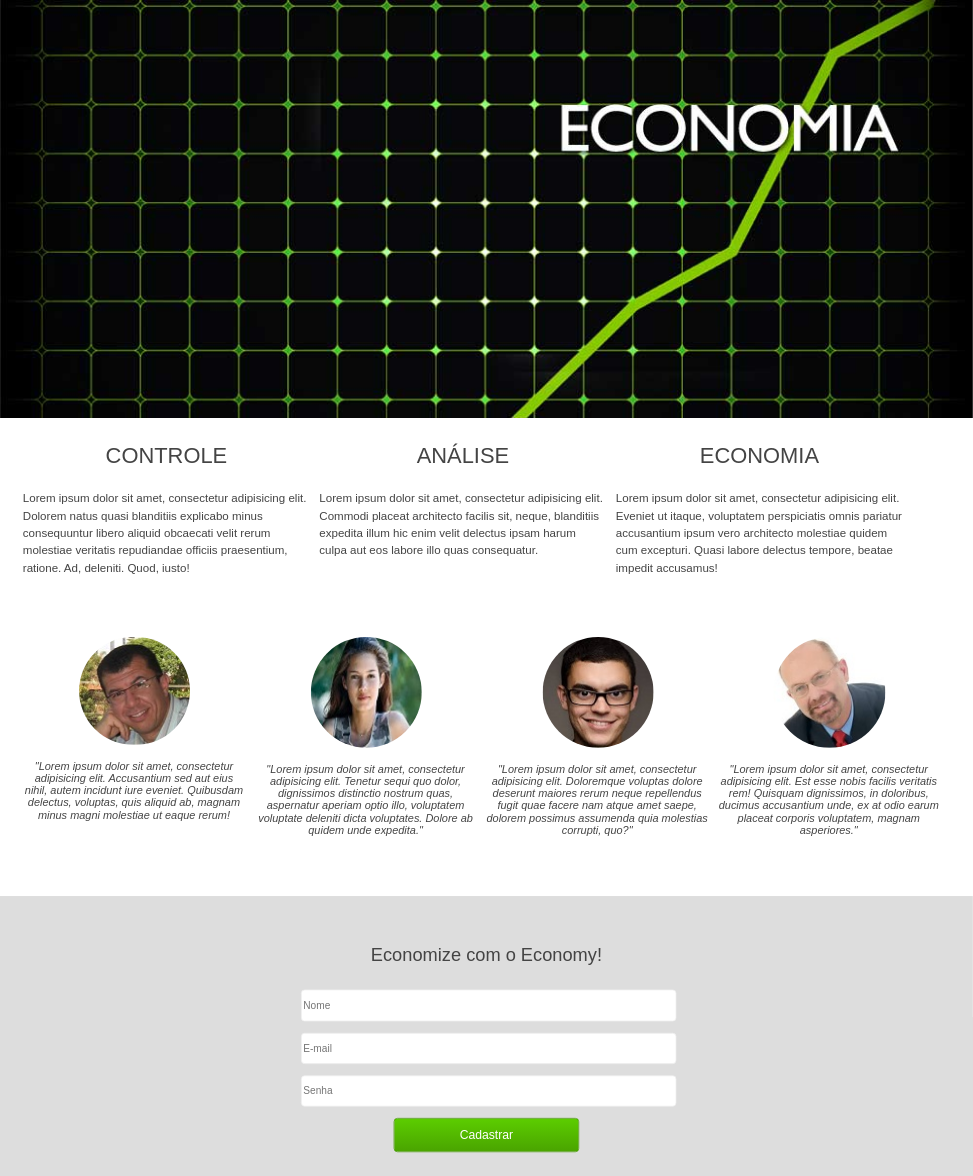
Repository: EconoMyRD/Sistema
Page: Economy/WebContent/html/index.html
These files come from the project's save history. The page is drawn as it stood at one moment and after the next save; the edit follows.
The browser window is 1280 px wide. The pictures show the whole page, at 76% of full size.
Some web libraries are served in a nearby version.

Above is the page before, as saved 2015-06-21 15:07:34.
Console error: TypeError: $(...).live is not a function

### Economy/WebContent/html/index.html
<!DOCTYPE html>
<html lang="pt">
    <head>
        <meta charset="utf-8">
        <title>EconoMy | Controle Financeiro Pessoal</title>
        <link rel="stylesheet" type="text/css" href="../css/Estilos.css">
        <link rel='shortcut icon' href='../favicon.ico'>
    </head>
    <body onLoad="slider.slide1()">
       <div id="header"></div>
        <section>
             <div id="slider">
                <a id="aId"><img id="id"></a>
             </div>
        </section>
        <section class="content clear">
            <div id="descricao">
                <div class="coluna_terco">
                    <div class="center_div">
                        <h1>CONTROLE</h1>
                    </div>
                    <div>
                        <h2>
                           Lorem ipsum dolor sit amet, consectetur adipisicing elit. Dolorem natus quasi blanditiis explicabo minus consequuntur libero aliquid obcaecati velit rerum molestiae veritatis repudiandae officiis praesentium, ratione. Ad, deleniti. Quod, iusto!
                        </h2>
                    </div>
                </div>
                <div class="coluna_terco">
                    <div class="center_div">
                        <h1>ANÁLISE</h1>
                    </div>
                    <div>
                        <h2>
                           Lorem ipsum dolor sit amet, consectetur adipisicing elit. Commodi placeat architecto facilis sit, neque, blanditiis expedita illum hic enim velit delectus ipsam harum culpa aut eos labore illo quas consequatur.
                        </h2>
                    </div>
                </div>
                <div class="coluna_terco">
                   <div class="center_div">
                        <h1>ECONOMIA</h1>
                    </div>
                    <div>
                        <h2>
                            Lorem ipsum dolor sit amet, consectetur adipisicing elit. Eveniet ut itaque, voluptatem perspiciatis omnis pariatur accusantium ipsum vero architecto molestiae quidem cum excepturi. Quasi labore delectus tempore, beatae impedit accusamus!
                        </h2>
                    </div>
                </div>
                <div class="clear"></div>
            </div>
            <div id="depoimento" class="clear">
                <div class="coluna_quarto">
                   <div class="depoimento_image">
                      <img src="../imagens/7.jpeg" alt="Depoimentos" class="image">
                   </div>
                   <div class="center">
                       <h3>"Lorem ipsum dolor sit amet, consectetur adipisicing elit. Accusantium sed aut eius nihil, autem incidunt iure eveniet. Quibusdam delectus, voluptas, quis aliquid ab, magnam minus magni molestiae ut eaque rerum!</h3>
                   </div>
                </div>
                <div class="coluna_quarto">
                    <div class="depoimento_image">
                      <img src="../imagens/6.jpeg" alt="Depoimentos" class="image">
                   </div>
                    <div class="center">
                       <h3>"Lorem ipsum dolor sit amet, consectetur adipisicing elit. Tenetur sequi quo dolor, dignissimos distinctio nostrum quas, aspernatur aperiam optio illo, voluptatem voluptate deleniti dicta voluptates. Dolore ab quidem unde expedita."</h3>
                   </div>
                </div>
                <div class="coluna_quarto">
                    <div class="depoimento_image">
                      <img src="../imagens/5.jpeg" alt="Depoimentos" class="image">
                   </div>
                    <div class="center">
                       <h3>"Lorem ipsum dolor sit amet, consectetur adipisicing elit. Doloremque voluptas dolore deserunt maiores rerum neque repellendus fugit quae facere nam atque amet saepe, dolorem possimus assumenda quia molestias corrupti, quo?"</h3>
                   </div>
                </div>
                <div class="coluna_quarto">
                    <div class="depoimento_image">
                      <img src="../imagens/3.jpeg" alt="Depoimentos" class="image">
                   </div>
                    <div class="center">
                       <h3>"Lorem ipsum dolor sit amet, consectetur adipisicing elit. Est esse nobis facilis veritatis rem! Quisquam dignissimos, in doloribus, ducimus accusantium unde, ex at odio earum placeat corporis voluptatem, magnam asperiores."</h3>
                   </div>
                </div>
                <div class="clear"></div>
            </div>
        </section>
        <section id="contato" class="clear">
            <div class="content">
               <div class="form-contato">
                    <form>
                        <h4>Economize com o Economy!</h4>
                        <p id="message"> </p>
                        <input type="text" required name="nome" class="inputText" placeholder="Nome" />
                        <input type="email" required class="inputText" name="email" placeholder="E-mail" />
                        <input type="password" required name="senha" class="inputText" placeholder="Senha" />
                        <input type="submit" id="BtnEnviar" class="botao width-50" value="Cadastrar"/>
                    </form>
                </div>
            </div>
        </section>
       <div id="footer"></div>


       <!-- SCRIPTS -->
       <script type="text/javascript" src="../javascript/ajaxInit.js"></script>
       <script type="text/javascript" src="../javascript/slider.js"></script>
        <script src="http://code.jquery.com/jquery-1.9.0.js"></script>
        <script src="https://ajax.googleapis.com/ajax/libs/jquery/1.8.1/jquery.min.js"></script>
       <script type="text/javascript" src="../javascript/login.js"></script>
       <script type="text/javascript" src="../javascript/getDadosFormulario.js"></script>
    </body>
</html>

### Economy/WebContent/css/Estilos.css
body
{
  font-family:Arial;
  color:#444444;
  font-size:1em;
  margin:0;
}
/************AUXILIARES********************/
a
{
  text-decoration:none;
  /*color:#242c5e;*/
 color: #F2FAF8;
}
img
{
    width: 100%;
}
.center
{
    text-align: center;
}
.center_div
{
    width: 90%;
    margin: 0 auto;
}
.clear
{
    clear: both;
}
.left
{
    float: left;
}
.right
{
    float: right;
}
.width-50
{
    max-width: 50%;
    margin: 0 25%;
}
/*************PRINCIPAIS**********************/
header
{
  float:left;
  background-color:#9AD6C8;
  width:100%;
  height:auto;
  box-shadow: inset 0 0 40px #56B39D;
}
header img
{
  float:left;
  width:70px;
  margin:0.5em;
}
nav
{
  float:left;
}
nav ul li
{
  display:inline;
  padding:1em;
  color: #fff;
  line-height:3.5em;
}
nav ul li:hover
{
    background: #6AC4AF;
    border-radius: 8px 8px;
}
.content
{
    width: 1220px;
    height: auto;
    margin-left: auto;
    margin-right: auto;
}
#slider
{

}
#descricao
{

}
#depoimento
{
    border-style: none;
    margin-top: 4em;
    margin-bottom: 4em;
}
.depoimento_image
{
    width: 50%;
    border: 1px solid #fff;
    border-radius: 200px;
    margin: 0 auto;
    /*background-image: url(imagens/1.jpg);
    background-size: 120%;*/
}
.image
{
    max-width: 100%;
    margin: 0 auto;
    border: 1px solid #fff;
    border-radius: 400px;
}
.coluna_terco
{
    float: left;
    width: 30.97959183673469%;
    margin-right: 1%;
}
.coluna_terco:last-child
{
    margin-right: 0% !importante;
}
.two-columns
{

}
.coluna_quarto
{
    float: left;
    width: 23.97959183673469%;
    margin-right: 1%;
}
.coluna_quarto:last-child
{
    margin-right: 0% !importante;
}
#contato
{
    background-color: #ddd;
    padding: 1em 0;
}
.form-contato
{
    width: 40%;
    border-radius: 5px;
    margin: auto;
    padding: 1em;
}
footer
{
  float:left;
  background-color:#9AD6C8;
  width:100%;
  height:auto;
  box-shadow: inset 0 0 40px #56B39D;
}
.footer_interno
{
    background-color: #6AC4AF;
}

/************************************************HEADINS********************************************/
h1
{
    text-align: center;
    margin: 1em 0;
    font-weight: normal;
    font-size: 1.8em;
}
h2
{
    font-weight: normal;
    font-size: 0.95em;
    line-height: 1.5em;
}
h3
{
    font-weight: normal;
    font-size: 0.9em;
    font-style: italic;
}
h4
{
    text-align: center;
    font-weight: normal;
    font-size: 1.5em;
}
h5
{
    font-size: 0.7em;
    margin: 0;
    font-weight: normal;
    padding: 1em 0;
}


/*************************************************LOGIN******************************************************/
.menu-secundario
{
    margin-left: 880px;
    margin-top: -65px;
    width: 300px;
    line-height: 3em;
}
.menu-secundario div
{
    display: block;
    color: white;
}
.menu-secundario p
{
    font-size: 0.9em;
}
#logar, #cadastrar, #exit
{
    float: right;
    background: #fff;
    border-radius: 8px 8px;
    color: #6AC4AF;
    -moz-transition: all .615s ease-in-out;
    -webkit-transition: all .615s ease-in-out;
    -o-transition: all .615s ease-in-out;
    -ms-transition: all .615s ease-in-out;
    transition: all .615s ease-in-out;
    margin: 2em;
    padding: 0.5em;
    cursor: pointer;
}
#cadastrar a
{
   color: #6AC4AF;
}
#div-logar
{
    width: 290px;
    display: none;
    position: absolute;
    margin-top: 40px;
    z-index: 1000;
    background-color: #fff;
    padding: 0 1em;
    color: #333;
    border: none;
    border-radius: 5px;
}
input,  select
{
    width: 100%;
    height: 2.8em;
    border: 1px solid #eee;
    margin-top: 0px;
    padding: auto 5px;
    margin-right:5px;
    border-radius:5px;
	-moz-border-radius:5px;
	-webkit-border-radius:5px;
	margin-bottom:15px;
}
input:first-child
{
   /*margin-top: 2em;*/
}
.inputComentario
{
    height: 70px;
}
input[type=date], select
{
    width: 25%;
}
 .field
{
    width: 100%;
}
/* #formRelatorio
{
    width: 50%;
} */
.botao
{
	background:#5CCD00;
	background:-moz-linear-gradient(top,#5CCD00 0%,#4AA400 100%);
	background:-webkit-gradient(linear,left top,left bottom,color-stop(0%,#5CCD00),color-stop(100%,#4AA400));
	background:-webkit-linear-gradient(top,#5CCD00 0%,#4AA400 100%);
	background:-o-linear-gradient(top,#5CCD00 0%,#4AA400 100%);
	background:-ms-linear-gradient(top,#5CCD00 0%,#4AA400 100%);
	background:linear-gradient(top,#5CCD00 0%,#4AA400 100%);
	filter: progid: DXImageTransform.Microsoft.gradient( startColorstr='#5CCD00', endColorstr='#4AA400',GradientType=0);
	padding:10px 15px;
	width:100%;
	color:#fff;
	font-size:16px;
	border-radius:5px;
	-moz-border-radius:5px;
	-webkit-border-radius:5px;
	border:1px solid #459A00;
	cursor:pointer;
}
.botaoRelatorio
{
	background:#5CCD00;
	background:-moz-linear-gradient(top,#5CCD00 0%,#4AA400 100%);
	background:-webkit-gradient(linear,left top,left bottom,color-stop(0%,#5CCD00),color-stop(100%,#4AA400));
	background:-webkit-linear-gradient(top,#5CCD00 0%,#4AA400 100%);
	background:-o-linear-gradient(top,#5CCD00 0%,#4AA400 100%);
	background:-ms-linear-gradient(top,#5CCD00 0%,#4AA400 100%);
	background:linear-gradient(top,#5CCD00 0%,#4AA400 100%);
	filter: progid: DXImageTransform.Microsoft.gradient( startColorstr='#5CCD00', endColorstr='#4AA400',GradientType=0);
	padding:10px 15px;
	width:20%;
	color:#fff;
	font-size:16px;
	border-radius:5px;
	-moz-border-radius:5px;
	-webkit-border-radius:5px;
	border:1px solid #459A00;
	cursor:pointer;
    margin: 0 auto;
}
/*********************************************INTERNAS****************************************************/
.coluna-meio
{
    float: left;
    width: 48%;
    margin-right: 2%;
    margin-top: 1em;
    margin-bottom: 1em;
}
.coluna-meio:last-child
{
    margin-right: 0;
}
fieldset
{
    border: 1px solid #eee;
    -moz-border-radius:5px;
	-webkit-border-radius:5px;
    border-radius:5px;
    padding: 1em;
}
.radioBtn
{
    margin: 0;
    width: 100%;
    float: left;
}


/************************************************************RESPONSIVE*****************************************************************/
@media screen and (max-width: 980px)
{
    /*header img
    {
      display: none;
      margin:0;
      width: 0;
    }
	nav ul li
    {
      padding:0 0.3em;
    }
    nav ul li:first-child
    {
      padding: 0;
    }*/
    .content
    {
        width: 100%;
    }
    .coluna_terco, .coluna_quarto
    {
        width: 100%;
        margin-right: 0;
        clear: both;
        display: block;
    }
/*     .depoimento_image
    {
        width: 30%;
    } */
    .form-contato
    {
        width: 90%;
    }
    .menu-secundario
    {
        margin-left: 0;
        width: 50%;
    }
    .coluna-meio
    {
        clear: both;
        width: 100%;
        margin-right: 0;
    }
    p, h2, h3
    {
        padding: 0 0.5em;
    }
}
@media screen and (min-width: 768px) and (max-width: 980px)
{
   .depoimento_image
    {
        width: 20%;
    }
}

### Economy/WebContent/javascript/ajaxInit.js
var xmlhttp;

 function ajaxInit(){
    try {
        xmlhttp = new XMLHttpRequest();
    } catch (ee) {
        try {
           AjaxInit.xmlhttp = new ActiveXObject("Msxml2.XMLHTTP");
        } catch (e) {
            try {
                xmlhttp = new ActiveXObject("Microsoft.XMLHTTP");
                } catch (E) {
                   xmlhttp = false;
                }
            }
        }

        return xmlhttp;
 }

### Economy/WebContent/javascript/slider.js
var slider = {

        slide1: function(){
            document.getElementById('id').src="imagens/slide/1.jpg";
            setTimeout("slider.slide2()", 6000);
        },


        slide2: function(){
            document.getElementById('id').src="imagens/slide/3.jpeg";
            setTimeout("slider.slide1()", 6000);
        }

};

### Economy/WebContent/javascript/login.js

/*Login Menu*/
$("#logar").live('click', function ()
{
    $("#div-logar").hide();
    $("#div-logar").fadeIn('slow');
});


/*Carregar Menu para outras páginas*/
$(document).ready(function()
{
    $("#header").load("header.html");
    $("#footer").load("footer.html");
    $("#lancamentos").load("lancamento.html");
    $("#headerGerencial").load("headerGerencial.html");
});


/*Carregar páginas com o clique*/
$(document).ready(function()
{
    $('.menu-interno').click(function()
    {
        $("#conteudo").load($(this).attr('href'));
        $("#conteudoInicial").hide();
        return false;
    });
});

### Economy/WebContent/javascript/getDadosFormulario.js


var GetDadosFormulario =
{
		init: function()
		{
			GetDadosFormulario.setForm();
		},

		setForm: function()
		{
			var form = document.querySelector('form');
			form.addEventListener('submit', function(event)
			{
				var cliente = GetDadosFormulario.getDados(form);
				var confirm  = GetDadosFormulario.saveDados(cliente);
				if(confirm == 1){
					GetDadosFormulario.sendEmail(form);
				}
				else{
					GetDadosFormulario.showMessage();
				}
				event.preventDefault();
			});
		},


		showMessage: function() {
			var message = document.getElementById('message');
			message.innerHTML = 'Este email já foi utilizado em outra conta!';
		},


		sendEmail: function(form) {
			var	cliente =
			{
				nome: form.nome.value,
				email: form.email.value,
				senha: form.senha.value
			};
			var ajax = ajaxInit();
			var  url = 'http://localhost:8080/Economy/servletEmail?name=' + cliente.nome +
				'&email=' + cliente.email + '&password=' + cliente.senha;
			ajax.open('GET', url, true);
			ajax.send();

		},


		getDados: function(form)
		{
			var
				cliente =
				{
					nome: form.nome.value,
					email: form.email.value,
					senha: form.senha.value
				};

			return cliente;

		},

		saveDados: function(cliente)
		{
			var ajax = ajaxInit(),
				url = 'http://localhost:8080/Economy/servletCliente?nome=' + cliente.nome +
					'&email=' + cliente.email +'&senha=' + cliente.senha;
			ajax.open('GET',url, true);
			ajax.send();
			ajax.onreadystatechange= function() {
				if(ajax.readyState == 4 && ajax.status == 200){
					var confirm = ajax.responseText;
					alert(confirm);
					return confirm;
				}

			};
		}
};


GetDadosFormulario.init();

After the next save:
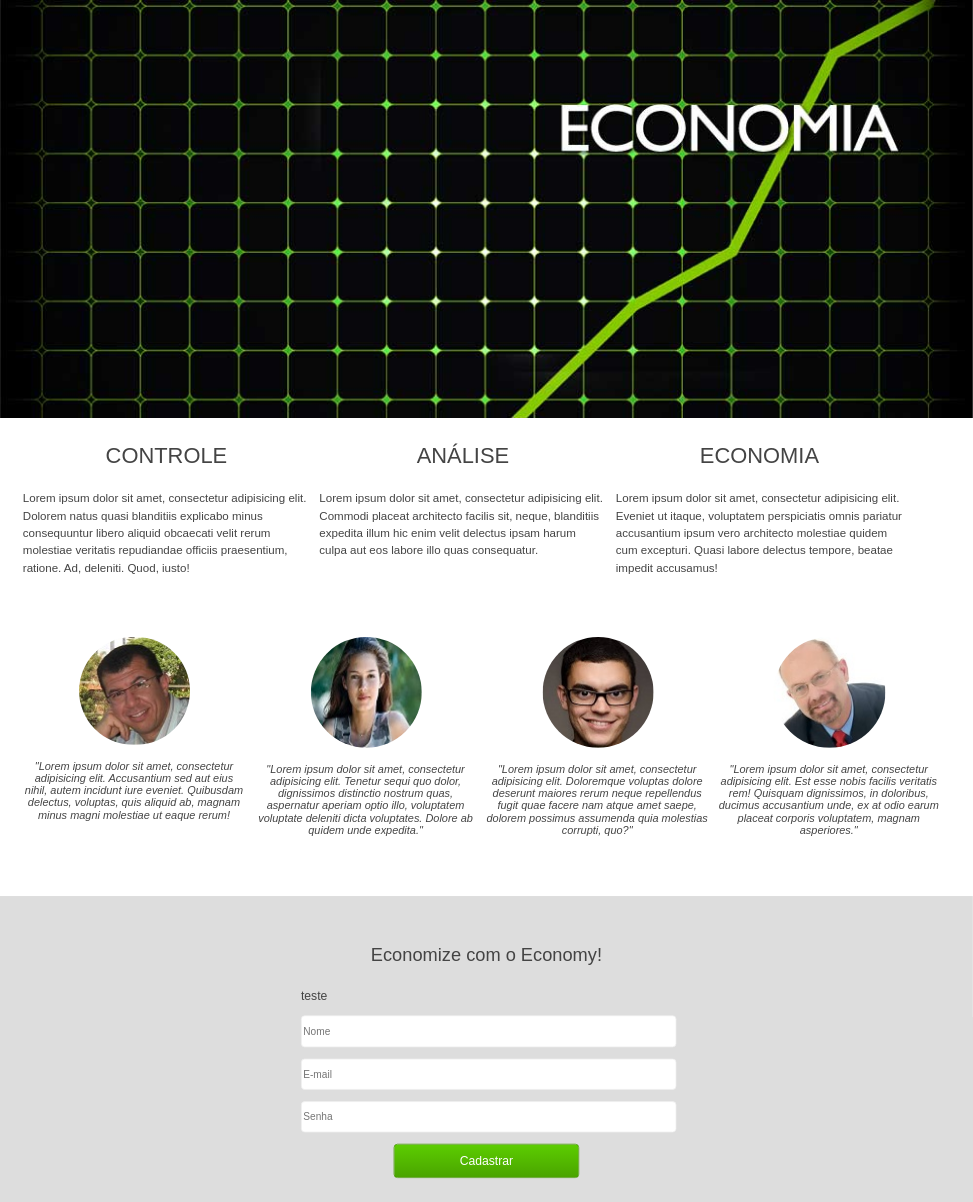
Saved 72 s later.
--- a/Economy/WebContent/html/index.html
+++ b/Economy/WebContent/html/index.html
@@ -88,7 +88,7 @@
                <div class="form-contato">
                     <form>
                         <h4>Economize com o Economy!</h4>
-                        <p id="message"> </p>
+                        <p id="message"> teste</p>
                         <input type="text" required name="nome" class="inputText" placeholder="Nome" />
                         <input type="email" required class="inputText" name="email" placeholder="E-mail" />
                         <input type="password" required name="senha" class="inputText" placeholder="Senha" />
